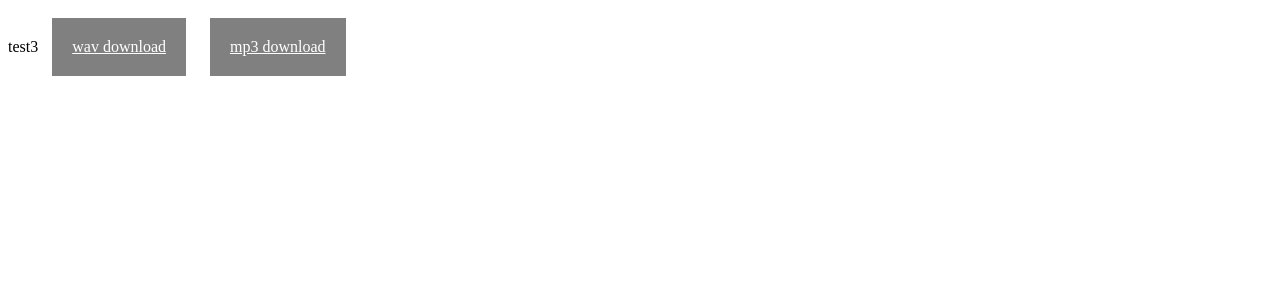
Repository: msminsu/msminsu.github.io
Page: test.html
The author's editor kept a copy of each file at every save. The page is drawn from the files as they stood at one save, then again after the next save.
The browser window is 1280 px wide. The pictures show the whole page.
Some web libraries are served in a nearby version.

Above is the page before, as saved 2018-07-23 13:46:01.
Console error: TypeError: $(...).TopBtn is not a function

After the next save:
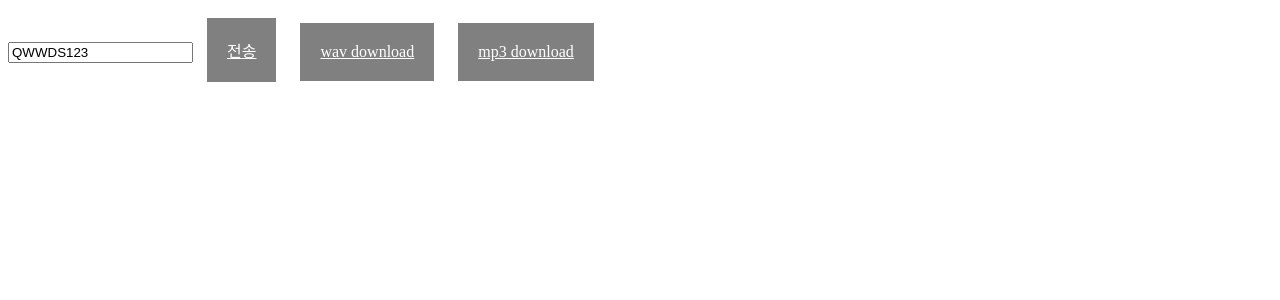
The error is gone.
Saved 104 s later.
--- a/test.html
+++ b/test.html
@@ -9,7 +9,9 @@
     </style>
 </head>
 <body>
-test3
+<input id="getCode" type="text" readonly="readonly" value="QWWDS123">
+<a href="#;" class="btn-link-copy">전송</a>
+
 <a href="amp3.mp3" class="">wav download</a>
 <a href="awav.wav" class="">mp3 download</a>
 <script>
@@ -22,8 +24,6 @@ var pageMain = (function () {
 
     return {
         init: function () {
-            $('body').TopBtn();
-            $('.toggle-caution').Folding({open:true});
 
             var target =$('#getCode');
 
